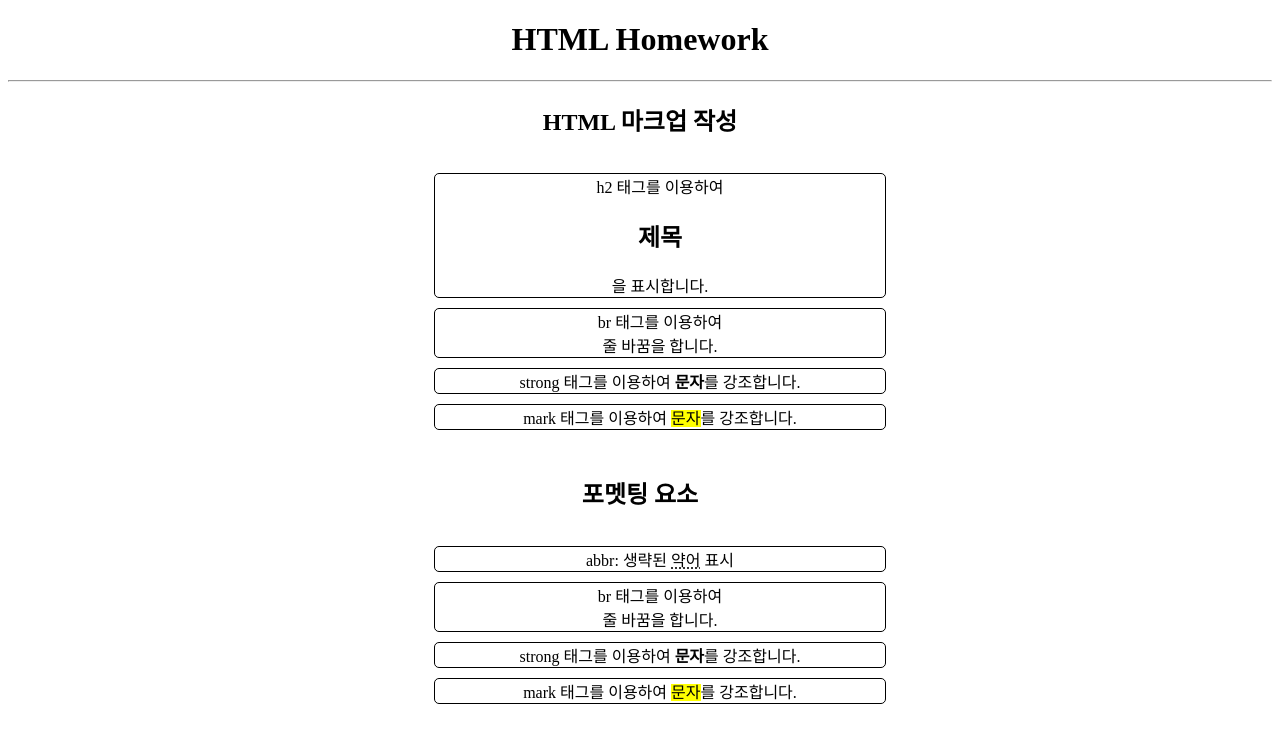
Repository: Cheol-Cheol/KOSA
Page: Kcc_web/Html/WebContent/mission/homework.html
These files come from the project's save history. The page is drawn as it stood at one moment and after a run of saves; the edit follows.
The browser window is 1280 px wide. The pictures show the whole page.

Above is the page before, as saved 2024-07-08 10:50:47.

After the next 2 saves:
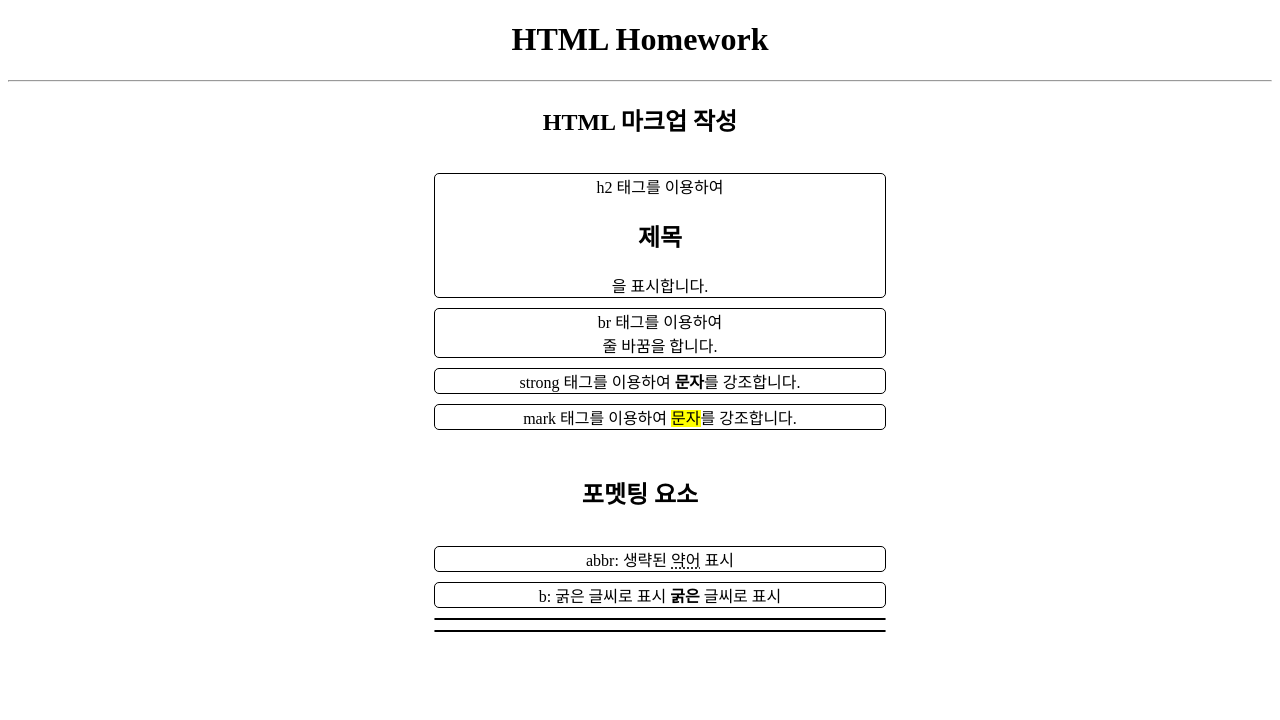
The 2 saves are shown as one change because they came seconds apart.
The last was saved 64 s later.
--- a/Kcc_web/Html/WebContent/mission/homework.html
+++ b/Kcc_web/Html/WebContent/mission/homework.html
@@ -54,12 +54,10 @@ li {
 			<ul>
 				<li>abbr: 생략된 <abbr title="약어 표시">약어</abbr> 표시
 				</li>
-				<li>br 태그를 이용하여 <br />줄 바꿈을 합니다.
+				<li>b: 굵은 글씨로 표시 <b>굵은</b> 글씨로 표시
 				</li>
-				<li>strong 태그를 이용하여 <strong>문자</strong>를 강조합니다.
-				</li>
-				<li>mark 태그를 이용하여 <mark>문자</mark>를 강조합니다.
-				</li>
+				<li></li>
+				<li></li>
 			</ul>
 		</div>
 	</section>
